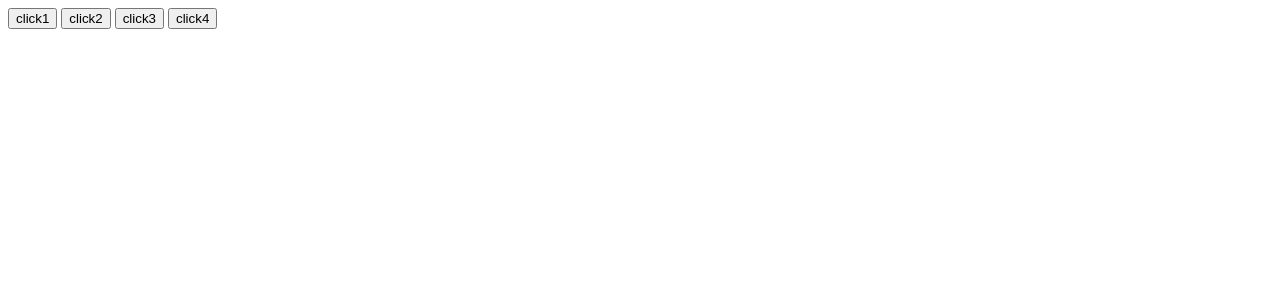
Repository: yhj4130/JsonStudy
Page: JsonApp01/WebContent/JsonTest08.html
The author's editor kept a copy of each file at every save. The page is drawn from the files as they stood at one save, then again after the next save.
The browser window is 1280 px wide. The pictures show the whole page.

Above is the page before, as saved 2019-05-31 06:28:16.

After the next save:
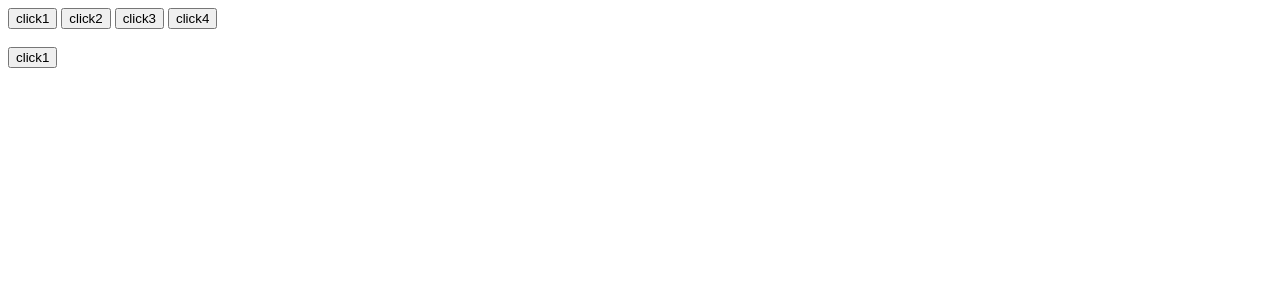
Saved 61 s later.
--- a/JsonApp01/WebContent/JsonTest08.html
+++ b/JsonApp01/WebContent/JsonTest08.html
@@ -17,4 +17,8 @@
 	<input type="button" value="click4" onclick="alert(typeof obj4.test)">
 	<!-- object -->
 
+	<br><br>
+
+	<input type="button" value="click1" onclick="obj4.test=false; alert(obj5.test)">
+
 </form>
